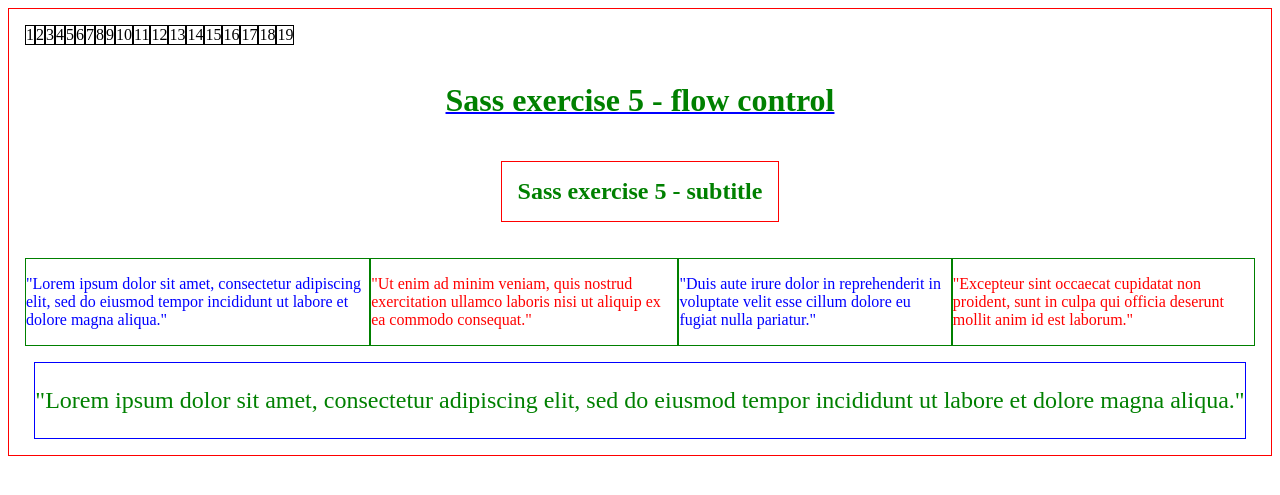
Repository: tr2cky/sass5
Page: index.html
These files come from the project's save history. The page is drawn as it stood at one moment and after a run of saves; the edit follows.
The browser window is 1280 px wide. The pictures show the whole page.
The style sheet was rebuilt from its Sass, Less or Tailwind sources for each picture, by a compiler version that may differ from the author's.

Above is the page before, as saved 2022-10-16 12:18:19.

### index.html
<!DOCTYPE html>
<html>
    <head>
        <title>Sass exercise 5 - flow control</title>
        <link rel="stylesheet" href="./style.css">
    </head>
    <body>
        <div class="exercise">
            <h1>Sass exercise 5 - flow control</h1>
            <h2>Sass exercise 5 - subtitle</h2>
            <section>
                <article>
                    <p>"Lorem ipsum dolor sit amet, consectetur adipiscing elit, sed do eiusmod tempor incididunt ut labore et dolore magna aliqua."</p>
                </article>
                <article>
                    <p>"Ut enim ad minim veniam, quis nostrud exercitation ullamco laboris nisi ut aliquip ex ea commodo consequat."</p>
                </article>
                <article>
                    <p>"Duis aute irure dolor in reprehenderit in voluptate velit esse cillum dolore eu fugiat nulla pariatur."</p>
                </article>
                <article>
                    <p>"Excepteur sint occaecat cupidatat non proident, sunt in culpa qui officia deserunt mollit anim id est laborum."</p>
                </article>
            </section>
            <section class="numbers">
                <div class="fs-1rem">1</div>
                <div class="fs-2rem">2</div>
                <div class="fs-3rem">3</div>
                <div class="fs-1rem">4</div>
                <div class="fs-2rem">5</div>
                <div class="fs-3rem">6</div>
                <div class="fs-2rem">7</div>
                <div class="fs-1rem">8</div>
                <div class="fs-3rem">9</div>
                <div class="fs-2rem">10</div>
                <div class="fs-1rem">11</div>
                <div class="fs-3rem">12</div>
                <div class="fs-2rem">13</div>
                <div class="fs-1rem">14</div>
                <div class="fs-3rem">15</div>
                <div class="fs-2rem">16</div>
                <div class="fs-1rem">17</div>
                <div class="fs-3rem">18</div>
                <div class="fs-2rem">19</div>
            </section>
            <section>
                <article>
                    <p>"Lorem ipsum dolor sit amet, consectetur adipiscing elit, sed do eiusmod tempor incididunt ut labore et dolore magna aliqua."</p>
                </article>
            </section>
        </div>
    </body>
</html>

### style.scss
@use "module1.scss";
@use "module2.scss";
@import "module3.scss";

.numbers {
    grid-area: 1 / span 4;
    display: flex;
    justify-items: flex-end;

    & div {
        border: toRem(1) solid
    }
}

### module1.scss
$color-primary: red;
$color-secondary: blue;
$color-tertiary: green;

@import "module3.scss";
.exercise {
    display: grid;
    grid-template-columns: repeat(4, 1fr);
    border: toRem(1) solid $color-primary;
    h1 {
        color: $color-tertiary;
        grid-column: 1/ span 4;
        justify-self: center;
        text-decoration: underline $color-secondary toRem(2);
    }
    h2 {
        @extend h1;
        padding: toRem(16);
        border: toRem(1) solid red;
        text-decoration: none;
    }
    section {
        grid-column: 1 / 5;
        display: flex;
        margin: toRem(16);
    }
}

### module3.scss
@function toRem($value) {
    $remValue: ($value / 16) + rem;
    @return $remValue;
}

### module2.scss
@use "module1.scss";
@import "module3.scss";
$color-primary: module1.$color-primary;
$color-secondary: module1.$color-secondary;
$color-tertiary: module1.$color-tertiary;
@mixin article-card ($color, $border-color: $color-tertiary, $font-size: toRem(16)) {
    color: $color;
    border: toRem(1) solid;
    border-color: $border-color;
    font-size: $font-size;
}
section:nth-of-type(1) {
    article:nth-of-type(odd){
    @include article-card($color-secondary);
    }
    article:nth-of-type(even){
    @include article-card($color-primary);
}
}
section:nth-of-type(3) {
    article {
        @include article-card($color-tertiary, $color-secondary, toRem(24));
    }
    margin-top: toRem(0);
    place-self: center;
}

After the next 11 saves:
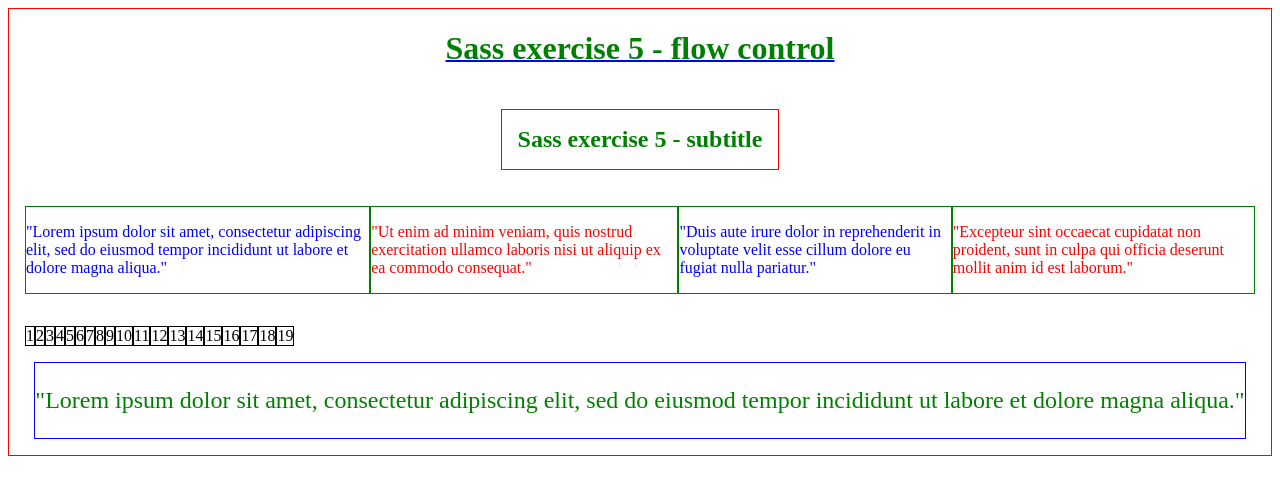
The 11 saves are shown as one change because they came seconds apart.
The last was saved 20 s later.
--- a/style.scss
+++ b/style.scss
@@ -3,7 +3,7 @@
 @import "module3.scss";
 
 .numbers {
-    grid-area: 1 / span 4;
+    grid-area: 4 / 1 / 5 / 5;
     display: flex;
     justify-items: flex-end;
 
